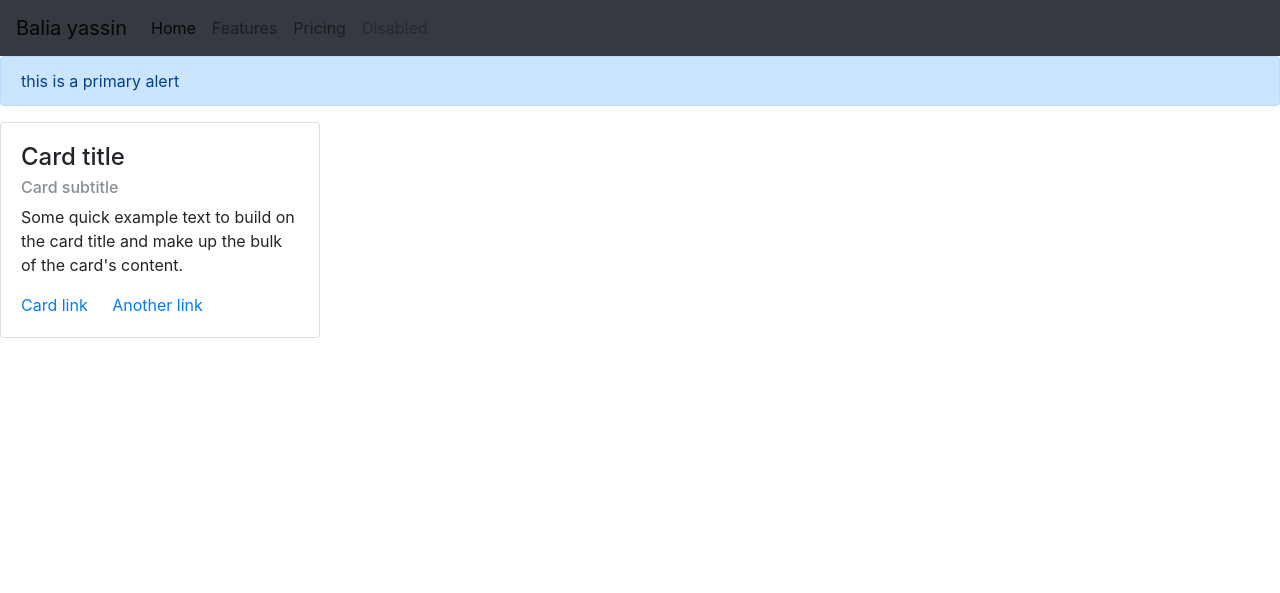
Repository: baliayassin/MyGame
Page: Documents/Aptana Studio 3 Workspace/Targ8/index.html
The author's editor kept a copy of each file at every save. The page is drawn from the files as they stood at one save, then again after the next save.
The browser window is 1280 px wide. The pictures show the whole page.
Some web libraries are served in a nearby version.

Above is the page before, as saved 2017-12-11 12:33:56.

### Documents/Aptana Studio 3 Workspace/Targ8/index.html
<!doctype html>
<html lang="en">
  <head>
    <title>Hello, world!</title>
    <!-- Required meta tags -->
    <meta charset="utf-8">
    <meta name="viewport" content="width=device-width, initial-scale=1, shrink-to-fit=no">

    <!-- Bootstrap CSS -->
    <link rel="stylesheet" href="https://maxcdn.bootstrapcdn.com/bootstrap/4.0.0-beta.2/css/bootstrap.min.css" integrity="sha384-PsH8R72JQ3SOdhVi3uxftmaW6Vc51MKb0q5P2rRUpPvrszuE4W1povHYgTpBfshb" crossorigin="anonymous">
  </head>
  <body>


    <!-- Optional JavaScript -->
    <!-- jQuery first, then Popper.js, then Bootstrap JS -->
    <script src="https://code.jquery.com/jquery-3.2.1.slim.min.js" integrity="sha384-KJ3o2DKtIkvYIK3UENzmM7KCkRr/rE9/Qpg6aAZGJwFDMVNA/GpGFF93hXpG5KkN" crossorigin="anonymous"></script>
    <script src="https://cdnjs.cloudflare.com/ajax/libs/popper.js/1.12.3/umd/popper.min.js" integrity="sha384-vFJXuSJphROIrBnz7yo7oB41mKfc8JzQZiCq4NCceLEaO4IHwicKwpJf9c9IpFgh" crossorigin="anonymous"></script>
    <script src="https://maxcdn.bootstrapcdn.com/bootstrap/4.0.0-beta.2/js/bootstrap.min.js" integrity="sha384-alpBpkh1PFOepccYVYDB4do5UnbKysX5WZXm3XxPqe5iKTfUKjNkCk9SaVuEZflJ" crossorigin="anonymous"></script>

<nav class="navbar navbar-expand-lg navbar-light bg-dark">
  <a class="navbar-brand" href="#">Balia yassin</a>
  <button class="navbar-toggler" type="button" data-toggle="collapse" data-target="#navbarNavAltMarkup" aria-controls="navbarNavAltMarkup" aria-expanded="false" aria-label="Toggle navigation">
    <span class="navbar-toggler-icon"></span>
  </button>
  <div class="collapse navbar-collapse" id="navbarNavAltMarkup">
    <div class="navbar-nav">
      <a class="nav-item nav-link active" href="#">Home <span class="sr-only">(current)</span></a>
      <a class="nav-item nav-link" href="#">Features</a>
      <a class="nav-item nav-link" href="#">Pricing</a>
      <a class="nav-item nav-link disabled" href="#">Disabled</a>
    </div>
  </div>
</nav>
 <div class="alert alert-primary"> this is a primary alert</div>
 <main> <div class="container-fluid">
 	<div class="row">
 		<div class="card" style="width: 20rem;">
  <div class="card-body">
    <h4 class="card-title">Card title</h4>
    <h6 class="card-subtitle mb-2 text-muted">Card subtitle</h6>
    <p class="card-text">Some quick example text to build on the card title and make up the bulk of the card's content.</p>
    <a href="#" class="card-link">Card link</a>
    <a href="#" class="card-link">Another link</a>
  </div>
</div>
 	</div>

 	</div></main>

<footer></footer>
  </body>
</html>

After the next save:
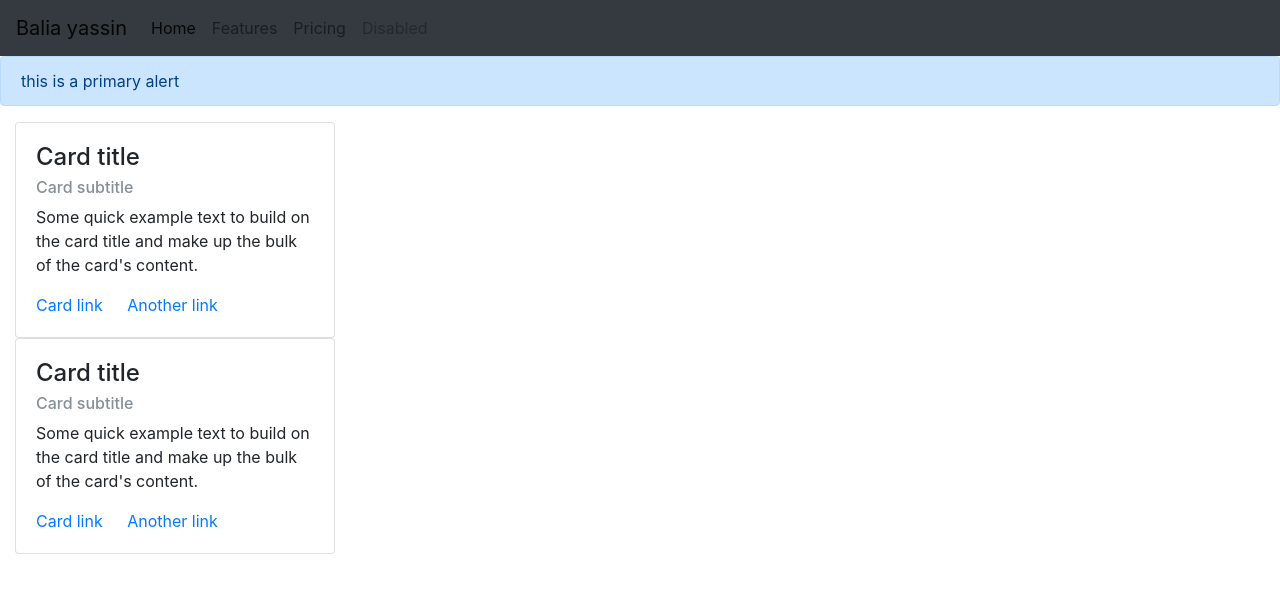
Saved 85 s later.
--- a/Documents/Aptana Studio 3 Workspace/Targ8/index.html
+++ b/Documents/Aptana Studio 3 Workspace/Targ8/index.html
@@ -35,6 +35,18 @@
  <div class="alert alert-primary"> this is a primary alert</div>
  <main> <div class="container-fluid">
  	<div class="row">
+ 		<div class="col">
+ 			<div class="card" style="width: 20rem;">
+  <div class="card-body">
+    <h4 class="card-title">Card title</h4>
+    <h6 class="card-subtitle mb-2 text-muted">Card subtitle</h6>
+    <p class="card-text">Some quick example text to build on the card title and make up the bulk of the card's content.</p>
+    <a href="#" class="card-link">Card link</a>
+    <a href="#" class="card-link">Another link</a>
+  </div>
+</div>
+<div>
+ 		</div>
  		<div class="card" style="width: 20rem;">
   <div class="card-body">
     <h4 class="card-title">Card title</h4>
@@ -45,7 +57,7 @@
   </div>
 </div>
  	</div>
-
+ 	</div>
  	</div></main>
 
 <footer></footer>
